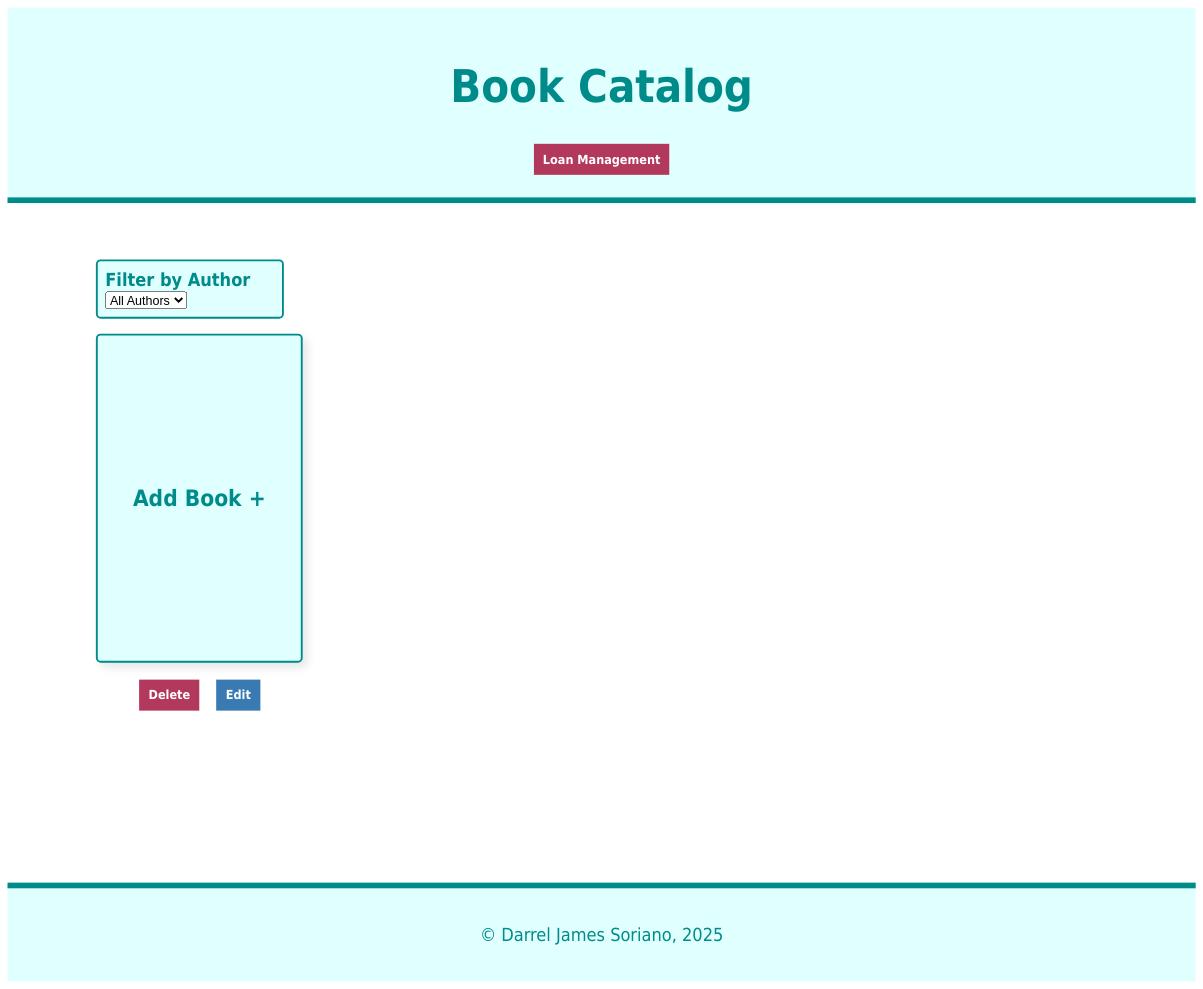
Repository: Darrel00/darrel_frontend_6
Page: / (app in darrel_frontend_6/)
The author's editor kept a copy of each file at every save. The page is drawn from the files as they stood at one save, then again after the next save.
The browser window is 1280 px wide. The pictures show the whole page, at 94% of full size.
The project was rebuilt for these pictures with package versions that can differ from the ones it lists, and the page was loaded fresh each time. Also part of the build but not shown: darrel_frontend_6/vite.config.js, darrel_frontend_6/src/Book.jsx, darrel_frontend_6/src/Modal.jsx, darrel_frontend_6/src/BookDetails.jsx, darrel_frontend_6/src/LoanManagement.jsx.

Above is the page before, as saved 2025-11-02 01:11:13.

After the next save:
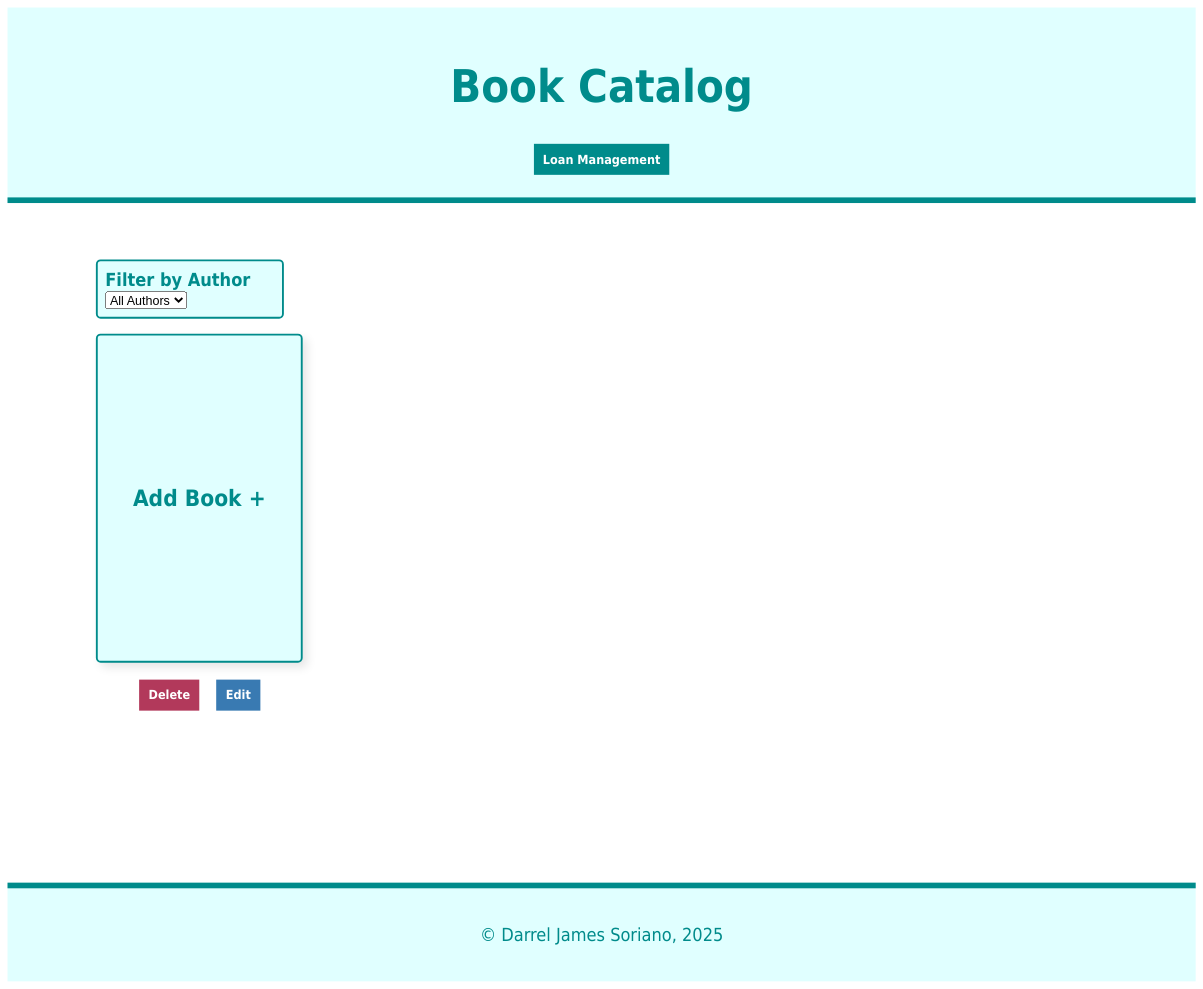
Saved 37 s later.
--- a/darrel_frontend_6/src/index.css
+++ b/darrel_frontend_6/src/index.css
@@ -115,7 +115,7 @@
 
 .loan-button {
   padding: 9px 10px;
-  background: #b2395b;
+  background: darkcyan;
   border: none;
   color: #fff;
   cursor: pointer;
